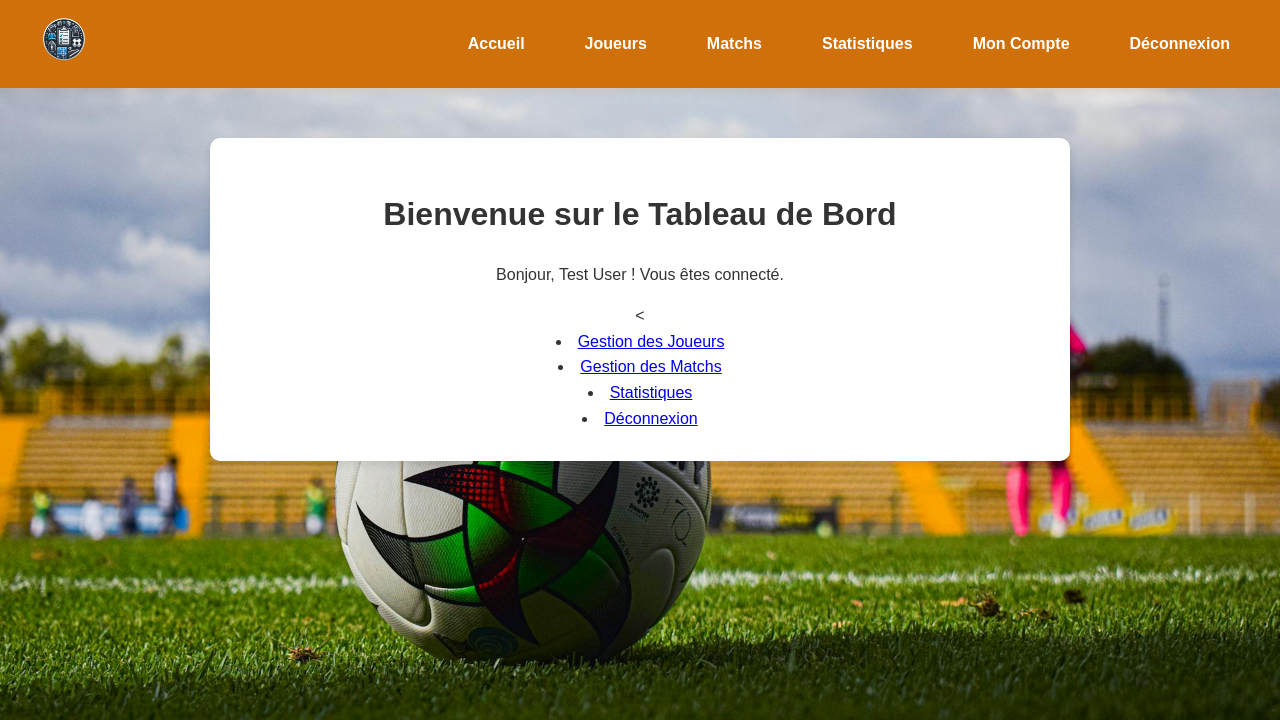
Repository: iisloomx/R401_MiniProjet
Page: http://localhost/views/dashboard.php
The author's editor kept a copy of each file at every save. The page is drawn from the files as they stood at one save, then again after a run of saves.
The browser window is 1280 px wide. The pictures show the whole page.
The page is run by PHP 8.4 with error messages shown; the project is at /var/www/html/. The session is filled in as if someone had signed in: {"id_utilisateur": 1, "utilisateur": "Test User"}. Other server files are loaded and not shown.

Above is the page before, as saved 2025-01-19 04:23:31.

### views/dashboard.php
<?php
session_start(); // Démarrez la session au début du fichier

if (!isset($_SESSION['utilisateur'])) {
    header("Location: connexion.php");
    exit();
}

include 'header.php';
?>

<!DOCTYPE html>
<html lang="fr">

<head>
    <meta charset="UTF-8">
    <title>Tableau de Bord</title>
    <link rel="stylesheet" href="css/style.css">
</head>

<body>
    <div class="table-container">
        <div class="dashboard-container">
            <h1>Bienvenue sur le Tableau de Bord</h1>
            <?php if (isset($_SESSION['utilisateur'])) : ?>
                <p>Bonjour, <?= htmlspecialchars($_SESSION['utilisateur']); ?> ! Vous êtes connecté.</p>
            <?php else : ?>
                <p>Erreur : Utilisateur non connecté.</p>
            <?php endif; ?>

            <nav>
                <
                    <li><a href="../controllers/JoueursController.php?action=liste">Gestion des Joueurs</a></li>
                    <li><a href="../controllers/MatchsController.php?action=liste">Gestion des Matchs</a></li>
                    <li><a href="../controllers/StatistiquesController.php?action=index">Statistiques</a></li> <!-- Nouveau bouton -->
                    <li><a href="../controllers/DeconnexionController.php" class="deconnexion">Déconnexion</a></li>
                </ul>
            </nav>
        </div>
    </div>
</body>

</html>

<?php include 'footer.php'; ?>

### views/header.php
<!DOCTYPE html>
<html lang="fr">
<head>
    <meta charset="UTF-8">
    <title>Tableau de Bord</title>
    <link rel="stylesheet" href="/MiniprojetR3.01/views/css/style.css">

</head>
<body>
    <header class="main-header">
        <div class="logo">
            <a href="/MiniprojetR3.01/views/dashboard.php"><img src="../img/logo.PNG" alt="Logo" /></a>
        </div>

        <nav class="nav-links">
            <a href="/MiniprojetR3.01/views/dashboard.php">Accueil</a>
            <?php if (isset($_SESSION['utilisateur'])) : ?>

                    <a href="../controllers/JoueursController.php?action=liste">Joueurs</a>
                    <a href="../controllers/MatchsController.php?action=liste  ">Matchs</a>
                    <a href="../controllers/StatistiquesController.php?action=index">Statistiques</a>

                <a href="/MiniprojetR3.01/views/mon_compte.php" class="btn-account">Mon Compte</a>
                <a href="/MiniprojetR3.01/controllers/DeconnexionController.php" class="btn-logout">Déconnexion</a>
            <?php endif; ?>
        </nav>
    </header>
</body>
</html>

### views/css/style.css
/* Global Styles */
body {
    background: url('../img/BGROUND.jpg') no-repeat center center fixed;
    background-size: cover;
    font-family: Arial, sans-serif;
    margin: 0;
    padding: 0;
    line-height: 1.6;
    color: #333;
}

/* Header Styles */
.main-header {
    display: flex;
    align-items: center;
    justify-content: space-between;
    background-color: #cf700b;
    padding: 15px 30px;
    color: #fff;
    box-shadow: 0 4px 8px rgba(216, 117, 12, 0.1);
    position: sticky;
    top: 0;
    z-index: 1000;
}

.dropdown {
    position: relative;
    display: inline-block;
}

.dropdown-content {
    display: none;
    position: absolute;
    background-color: #f9f9f9;
    min-width: 160px;
    box-shadow: 0px 8px 16px 0px rgba(0,0,0,0.2);
    z-index: 1;
}

.dropdown-content a {
    color: black;
    padding: 12px 16px;
    text-decoration: none;
    display: block;
}



.logo img {
    height: 50px;
}

.nav-links {
    display: flex;
    align-items: center;
}

.nav-links a {
    color: #fff;
    text-decoration: none;
    font-weight: bold;
    margin-left: 20px;
    padding: 10px 20px;
    border-radius: 5px;
    transition: background-color 0.3s ease, color 0.3s ease, transform 0.2s ease;
}

.nav-links a:hover {
    background-color: #f4a261;
    color: #333;
    transform: scale(1.05);
}

.table-container {
    max-width: 800px;
    margin: 50px auto;
    background-color: #fff;
    padding: 30px;
    border-radius: 10px;
    box-shadow: 0 4px 8px rgba(0,0,0,0.1);
    text-align: center;
}

/* Container Styles */
.container {
    max-width: 800px;
    margin: 50px auto;
    padding: 30px;
    background-color: #fff;
    border-radius: 10px;
    box-shadow: 0 4px 8px rgba(0, 0, 0, 0.1);
    text-align: center;
}

/* Page Titles */
.container h1 {
    font-size: 32px;
    color: #333;
    margin-bottom: 20px;
}

/* --- AJOUT : Style du bouton "Ajouter un Match" --- */
.btn-add-match {
    display: inline-block;
    background-color: #4CAF50;
    color: #fff;
    font-weight: bold;
    text-decoration: none;
    padding: 10px 20px;
    border-radius: 5px;
    margin: 0 auto 20px auto;
    transition: background-color 0.3s ease, transform 0.2s ease;
}

.btn-add-match:hover {
    background-color: #45a049;
    transform: scale(1.05);
}

/* Pour forcer la couleur même si lien "visité" */
.btn-add-match:visited {
    color: #fff;
}

/* Forms */
form {
    width: 100%;
    max-width: 500px;
    margin: 0 auto;
    text-align: left;
}

form label {
    font-size: 16px;
    font-weight: bold;
    color: #555;
    display: block;
    margin-bottom: 5px;
}

form input[type="text"],
form input[type="number"],
form input[type="date"],
form input[type="password"],
form select {
    width: 100%;
    padding: 10px;
    margin-bottom: 20px;
    border: 1px solid #ccc;
    border-radius: 5px;
    font-size: 16px;
    transition: border-color 0.3s ease, box-shadow 0.3s ease;
}

form input[type="text"]:focus,
form input[type="number"]:focus,
form input[type="date"]:focus,
form input[type="password"]:focus {
    border-color: #4CAF50;
    box-shadow: 0 0 8px rgba(76, 175, 80, 0.5);
    outline: none;
}

form button {
    width: 100%;
    padding: 15px;
    background-color: #4CAF50;
    border: none;
    border-radius: 5px;
    color: white;
    font-size: 18px;
    font-weight: bold;
    cursor: pointer;
    transition: background-color 0.3s ease, transform 0.2s ease;
}

form button:hover {
    background-color: #45a049;
    transform: scale(1.05);
}


/* Table Styles */
.styled-table {
    width: 100%;
    border-collapse: collapse;
    margin-top: 20px;
    font-size: 16px;
    text-align: left; /* Changed from center to left */
    table-layout: fixed; /* Added to fix table layout */
}

.styled-table th,
.styled-table td {
    padding: 15px;
    border: 1px solid #ddd;
    word-wrap: break-word;
    white-space: normal;
}

.styled-table th {
    background-color: #f4a261;
    color: white;
    font-weight: bold;
}

.styled-table tr:nth-child(even) {
    background-color: #f9f9f9;
}

.styled-table tr:hover {
    background-color: #f1f1f1;
}

/* Links in Table */
.styled-table a {
    text-decoration: none;
    font-weight: bold;
    color: #fff;
    padding: 5px 10px;
    border-radius: 5px;
    transition: background-color 0.3s ease, color 0.3s ease, transform 0.2s ease;
}

.styled-table a:hover {
    background-color: #4CAF50;
    color: white;
    transform: scale(1.05);
}

/* Buttons for Add/Edit/Delete */
.btn {
    display: inline-block;
    padding: 10px 20px;
    font-size: 16px;
    font-weight: bold;
    color: white;
    text-decoration: none;
    border-radius: 5px;
    margin: 10px 5px;
    transition: background-color 0.3s ease, transform 0.2s ease;
}

.btn:hover {
    transform: scale(1.05);
}

.btn-add {
    background-color: #4CAF50; /* Green */
}

.btn-add:hover {
    background-color: #45a049;
}

.btn-add-commentaire {
    background-color: #4CAF50; /* Green */
}

.btn-add-commentaire:hover {
    background-color: #45a049;
}

.btn-add-joueur {
    background-color: #4CAF50; /* Green */
}

.btn-add-joueur:hover {
    background-color: #45a049;

.btn-feuille {
    background-color: #d6d65b; /* Green */
}

.btn-feuille:hover {
    background-color: #b2b24e; /* Green */
}

.btn-edit {
    background-color: #3498db; /* Blue */
}

.btn-edit:hover {
    background-color: #2980b9;
}

.btn-delete {
    background-color: #e74c3c; /* Red */
}

.btn-delete:hover {
    background-color: #c0392b;
}

.btn-back {
    background-color: #9b59b6; /* Purple */
}

.btn-back:hover {
    background-color: #8e44ad;
}


/* Footer Styles */
.main-footer {
    display: flex;
    align-items: center;
    justify-content: center;
    background-color: #cf700b;
    padding: 15px 30px;
    color: #fff;
    height: 60px;
    margin-top: 50px;
}

/* Footer Links */
.footer-links a {
    color: #fff;
    text-decoration: none;
    font-weight: bold;
}

.footer-links a:hover {
    text-decoration: underline;
}

/* Form Error Message */
.error-message {
    color: red;
    font-size: 16px;
    margin-bottom: 15px;
    text-align: center;
}

/* Responsive Styles */
@media (max-width: 600px) {
    .container {
        width: 90%;
        margin: 20px auto;
        padding: 20px;
    }

    .styled-table {
        font-size: 14px;
    }

    form input,
    form button {
        font-size: 14px;
    }
}

/* Link to Create Account */
.create-account-link {
    color: #4CAF50;
    font-weight: bold;
    text-decoration: none;
    margin-top: 20px;
    display: inline-block;
    transition: color 0.3s ease, transform 0.2s ease;
}

.create-account-link:hover {
    color: #45a049;
    text-decoration: underline;
    transform: scale(1.05);
}

.create-account-container {
    text-align: center;
    margin-top: 20px;
    font-size: 16px;
    color: #333;
}

.form-container h2 {
    font-size: 28px;
    margin-bottom: 20px;
    color: #333;
    text-align: center;
}

/* Dashboard Container */
.dashboard-container {
    text-align: center;
    margin-top: 50px;
    padding: 30px;
    background-color: #fff;
    border-radius: 10px;
    box-shadow: 0 4px 8px rgba(0, 0, 0, 0.1);
    max-width: 600px;
    margin-left: auto;
    margin-right: auto;
}

/* Dashboard Title */
.dashboard-container h1 {
    font-size: 32px;
    color: #333;
    margin-bottom: 20px;
}

/* Dashboard Paragraph */
.dashboard-container p {
    font-size: 18px;
    color: #555;
    margin-bottom: 30px;
}

/* Navigation Links */
.dashboard-container nav ul {
    list-style: none;
    padding: 0;
    margin: 0;
}

.dashboard-container nav ul li {
    margin: 10px 0;
}

.dashboard-container nav ul li a {
    display: inline-block;
    font-size: 18px;
    font-weight: bold;
    text-decoration: none;
    color: #fff;
    background-color: #4CAF50;
    padding: 10px 20px;
    border-radius: 5px;
    transition: background-color 0.3s ease, transform 0.2s ease;
}

.dashboard-container nav ul li a:hover {
    background-color: #45a049;
    transform: scale(1.05);
}

/* Déconnexion Button */
.dashboard-container nav ul li a.deconnexion {
    background-color: #e74c3c;
}

.dashboard-container nav ul li a.deconnexion:hover {
    background-color: #c0392b;
}

/* Styles pour les boutons radio et leurs labels */
.radio-group {
    display: flex;
    flex-wrap: wrap;
    gap: 10px;
    margin-top: 10px;
}

.radio-group label {
    display: inline-flex;
    align-items: center;
    font-size: 16px;
    color: #555;
    cursor: pointer;
    margin-right: 15px;
}

.radio-group input[type="radio"] {
    margin-right: 5px;
    cursor: pointer;
    width: 16px;
    height: 16px;
    vertical-align: middle;
}

.error-message {
    color: red;
    font-size: 14px;
    margin-top: 10px;
}

.success-message {
    color: green;
    font-size: 14px;
    margin-top: 10px;
}

.no-data {
    color: #555;
    font-size: 16px;
    margin-top: 20px;
}

}

Loaded but not shown: views/footer.php (common file)

After the next 2 saves:
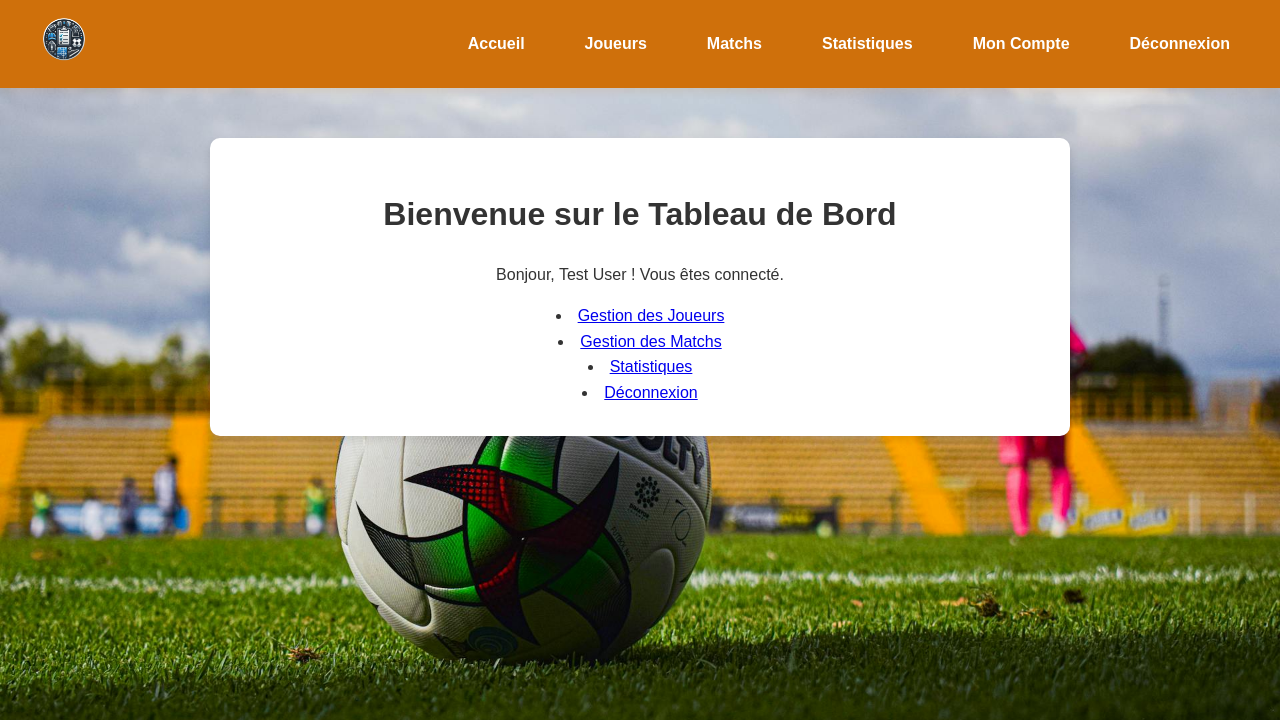
The 2 saves are shown as one change because they came seconds apart.
The last was saved 6 s later.
--- a/views/dashboard.php
+++ b/views/dashboard.php
@@ -29,12 +29,12 @@
             <?php endif; ?>
 
             <nav>
-                <
+
                     <li><a href="../controllers/JoueursController.php?action=liste">Gestion des Joueurs</a></li>
                     <li><a href="../controllers/MatchsController.php?action=liste">Gestion des Matchs</a></li>
                     <li><a href="../controllers/StatistiquesController.php?action=index">Statistiques</a></li> <!-- Nouveau bouton -->
                     <li><a href="../controllers/DeconnexionController.php" class="deconnexion">Déconnexion</a></li>
-                </ul>
+
             </nav>
         </div>
     </div>
